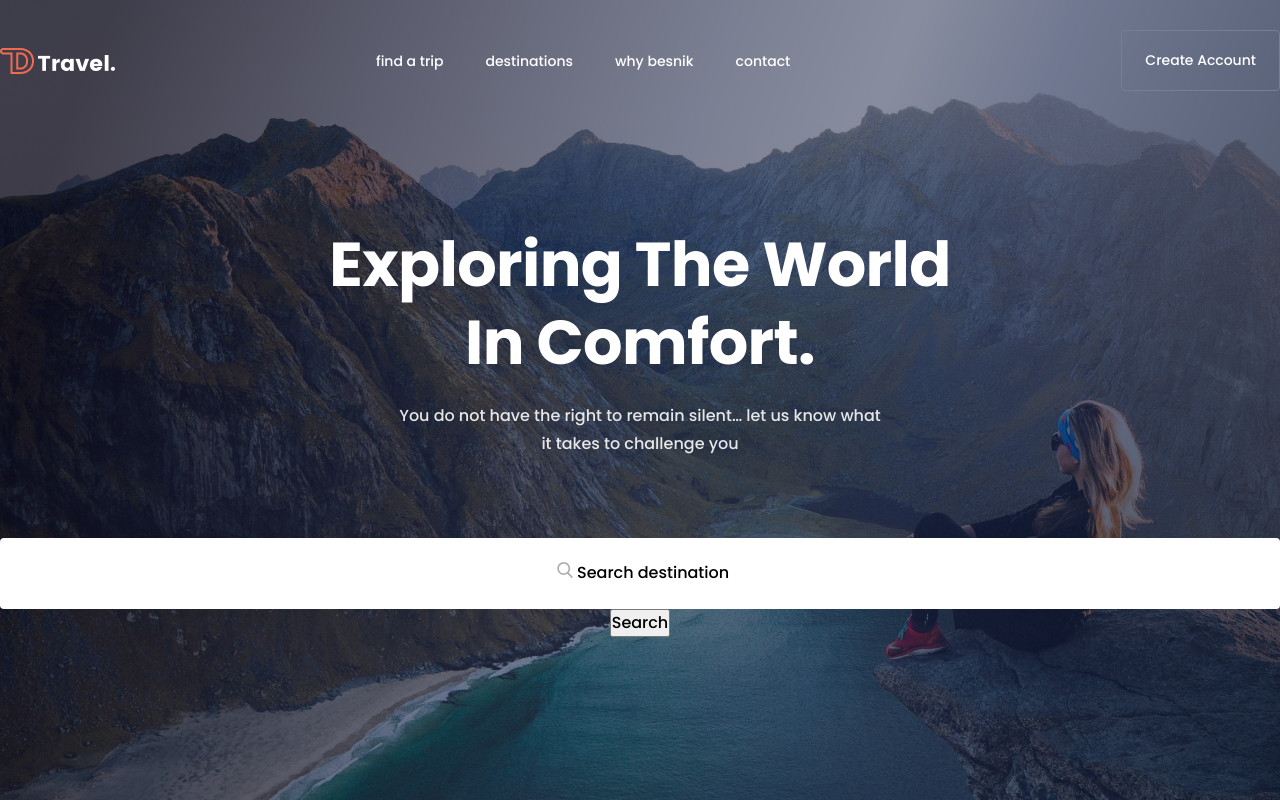
Repository: hoang0508/LandingPage-CodeTravel2
Page: index.html
These files come from the project's save history. The page is drawn as it stood at one moment and after the next save; the edit follows.
The browser window is 1280 px wide. The pictures show the whole page.
The style sheet was rebuilt from its Sass, Less or Tailwind sources for each picture, by a compiler version that may differ from the author's.

Above is the page before, as saved 2022-09-15 16:42:01.

### index.html
<!DOCTYPE html>
<html lang="en">
  <head>
    <meta charset="UTF-8" />
    <meta http-equiv="X-UA-Compatible" content="IE=edge" />
    <meta name="viewport" content="width=device-width, initial-scale=1.0" />
    <title>Travale LandingPage</title>
    <link rel="stylesheet" href="./css/style.css" />
  </head>
  <body>
    <div class="wrapper">
      <!-- HEADER -->
      <header class="header">
        <div class="container">
          <div class="header-main">
            <div class="header-logo">
              <img src="./images/Logo.png" alt="Logo" />
            </div>
            <nav class="header-menu">
              <ul class="header-menu--list">
                <li class="header-menu--item">
                  <a href="#" class="header-menu--link">FIND A TRIP</a>
                </li>
                <li class="header-menu--item">
                  <a href="#" class="header-menu--link">DESTINATIONS</a>
                </li>
                <li class="header-menu--item">
                  <a href="#" class="header-menu--link">WHY BESNIK</a>
                </li>
                <li class="header-menu--item">
                  <a href="#" class="header-menu--link">CONTACT</a>
                </li>
              </ul>
            </nav>
            <div class="header-button">
              <button class="button button-acount">Create Account</button>
            </div>
          </div>

          <div class="header-content">
            <h1 class="header-content--title">
              Exploring The World In Comfort.
            </h1>
            <p class="header-content--desc">
              You do not have the right to remain silent… let us know what it
              takes to challenge you
            </p>
            <div class="header-form">
              <div class="header-content--form">
                <div class="form-down">
                  <div class="form-down--col">
                    <div class="form-down--icon">
                      <img src="./images/icon-search.svg" alt="" />
                    </div>
                    <span class="form-down--text">Search destination</span>
                  </div>
                </div>
              </div>
              <button>Search</button>
            </div>
          </div>
        </div>
      </header>
    </div>
  </body>
</html>

### sass/main.scss
@import "reset";
@import "variable";
@import "typography";
@import "base";
@import "global";
@import "header";

### sass/_reset.scss
*,
*::before,
*::after {
  box-sizing: border-box;
}
* {
  margin: 0;
  padding: 0;
  font: inherit;
}
body {
  line-height: 1.5;
}
img,
picture,
video,
canvas,
svg {
  display: block;
  max-width: 100%;
}
input,
button,
textarea,
select {
  outline: none;
}
p,
h1,
h2,
h3,
h4,
h5,
h6 {
  overflow-wrap: break-word;
}

a {
  text-decoration: none;
}

ul,
li {
  list-style: none;
}

### sass/_variable.scss
$text-white: #fff;
$primary-color: #34a5e4;

### sass/_typography.scss
@font-face {
  font-family: "Poppins";
  src: url("../fonts/Poppins-Regular.ttf") format("opentype");
  font-style: normal;
  font-display: auto;
  font-weight: 400;
}

@font-face {
  font-family: "Poppins";
  src: url("../fonts/Poppins-Light.ttf") format("opentype");
  font-style: normal;
  font-display: auto;
  font-weight: 300;
}

@font-face {
  font-family: "Poppins";
  src: url("../fonts/Poppins-Medium.ttf") format("opentype");
  font-style: normal;
  font-display: auto;
  font-weight: 500;
}

@font-face {
  font-family: "Poppins";
  src: url("../fonts/Poppins-SemiBold.ttf") format("opentype");
  font-style: normal;
  font-display: auto;
  font-weight: 600;
}

@font-face {
  font-family: "Poppins";
  src: url("../fonts/Poppins-Thin.ttf") format("opentype");
  font-style: normal;
  font-display: auto;
  font-weight: 100;
}

@font-face {
  font-family: "Poppins";
  src: url("../fonts/Poppins-Bold.ttf") format("opentype");
  font-style: normal;
  font-display: auto;
  font-weight: 700;
}

### sass/_base.scss
body {
  font-family: "Poppins", sans-serif;
  font-weight: 500;
}

.wrapper {
  max-width: 1600px;
  margin: 0 auto;
}

.container {
  max-width: 1280px;
  margin: 0 auto;
}

### sass/_global.scss
button.button {
  display: inline-block;
  border: 0;
  cursor: pointer;
  color: $text-white;
  &-acount {
    background-color: transparent;
    padding: 19px 23px;
    border: 1.5px solid #777f96;
    border-radius: 4px;
    font-size: 14px;
  }
}

### sass/_header.scss
.header {
  background-image: url("../images/header-img.png");
  min-height: 800px;
  background-size: cover;
  background-repeat: repeat;
  padding-top: 30px;
  &-main {
    display: flex;
    align-items: center;
    margin-bottom: 135px;
  }
  &-logo {
    margin-right: 261px;
  }
  &-menu {
    &--list {
      display: flex;
      align-items: center;
      gap: 0 42px;
      margin-right: 225px;
    }
    &--link {
      color: $text-white;
      text-transform: lowercase;
      font-size: 14px;
    }
  }
  &-button {
    margin-left: auto;
  }
  &-content {
    text-align: center;
    &--title {
      max-width: 640px;
      width: 100%;
      margin: 0 auto;
      font-size: 62px;
      font-weight: 700;
      color: $text-white;
      margin-bottom: 20px;
      letter-spacing: -0.01em;
      line-height: 78px;
    }
    &--desc {
      max-width: 493px;
      margin: 0 auto;
      color: #ffffff;
      font-weight: 500;
      mix-blend-mode: normal;
      opacity: 0.88;
      line-height: 28px;
      margin-bottom: 80px;
    }
    &--form {
      display: flex;
      justify-content: center;
      align-items: center;
      background-color: #ffffff;
      padding: 23px 35px 24px 41px;
      border-radius: 4px;
      box-shadow: 0px 40px 80px -22px rgba(98, 89, 89, 0.09);
      .form-down {
        &--icon {
          width: 16px;
          height: 16px;
          display: inline-block;
          img {
            width: 100%;
            height: 100%;
            object-fit: cover;
          }
        }
      }
    }
  }
}

After the next save:
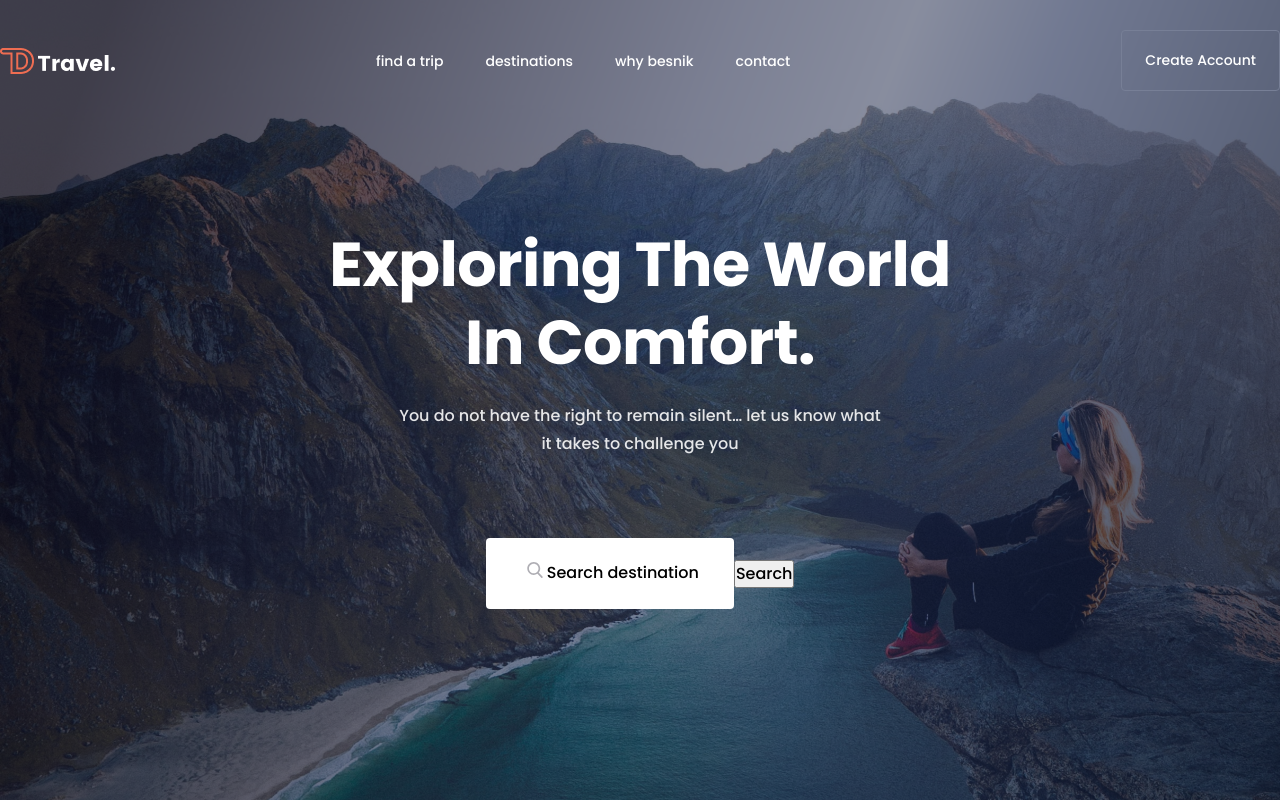
Saved 49 s later.
--- a/sass/_header.scss
+++ b/sass/_header.scss
@@ -28,6 +28,11 @@
   &-button {
     margin-left: auto;
   }
+  &-form {
+    display: flex;
+    justify-content: center;
+    align-items: center;
+  }
   &-content {
     text-align: center;
     &--title {
@@ -52,9 +57,6 @@
       margin-bottom: 80px;
     }
     &--form {
-      display: flex;
-      justify-content: center;
-      align-items: center;
       background-color: #ffffff;
       padding: 23px 35px 24px 41px;
       border-radius: 4px;
